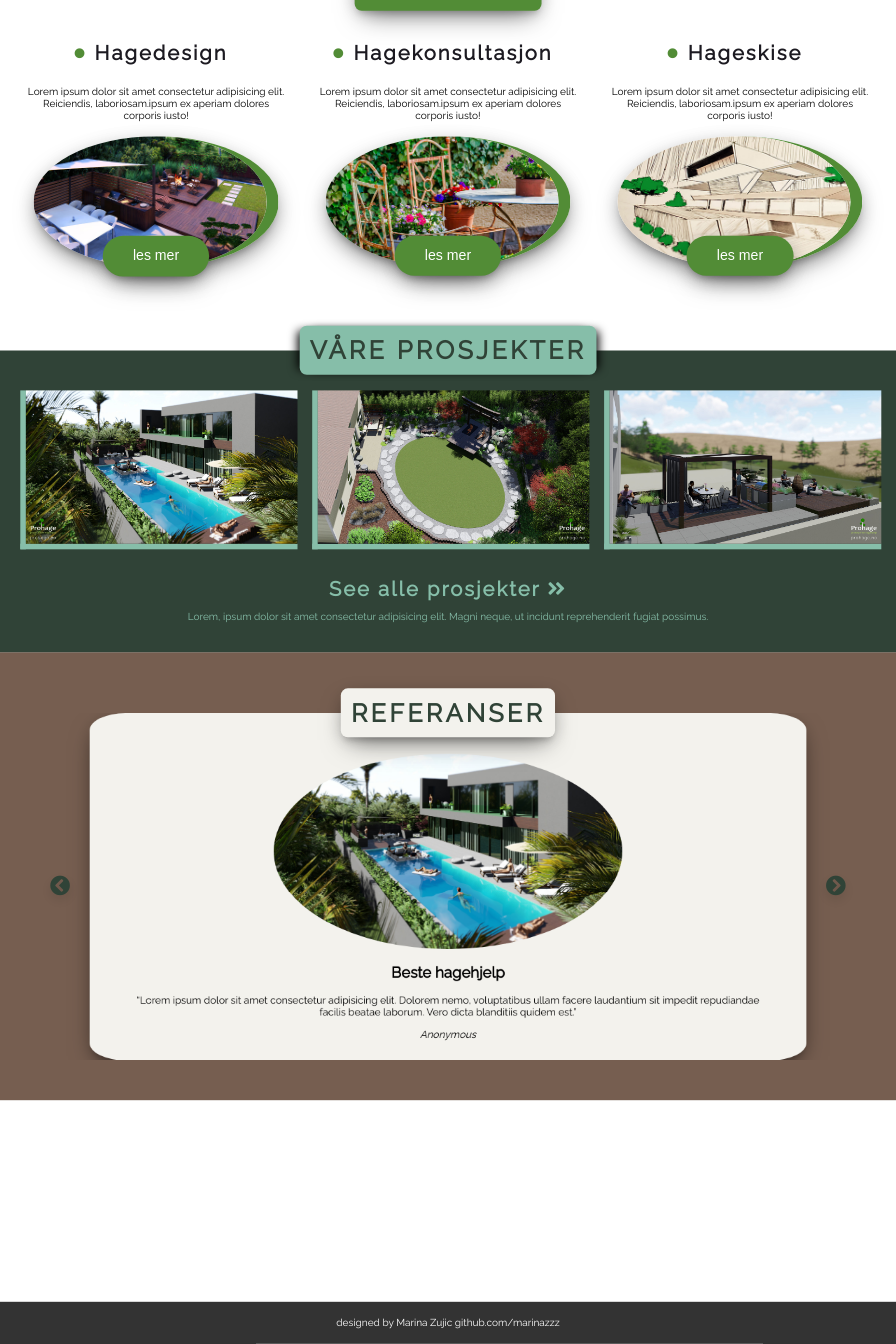
Repository: marinazzz/garden-design-website
Page: index.html
These files come from the project's save history. The page is drawn as it stood at one moment and after the next save; the edit follows.
The browser window is 1280 px wide. The pictures show the part of the page from y = 1024 to 2944 px (the page is 2944 px tall), at 70% of full size.

Above is the page before, as saved 2020-04-03 12:10:54.

After the next save:
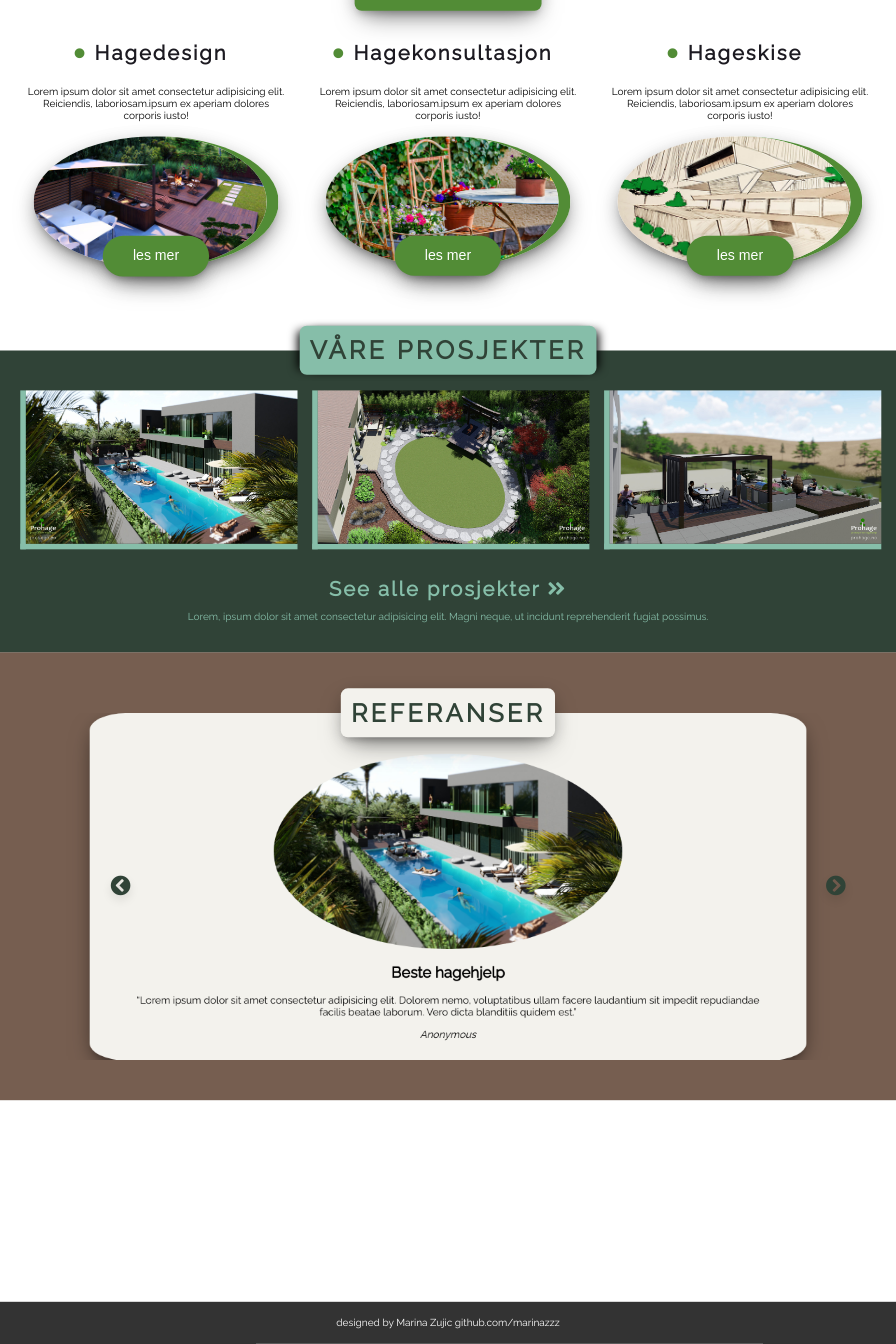
Saved 47 s later.
--- a/CSS/min-width-768px.css
+++ b/CSS/min-width-768px.css
@@ -159,7 +159,7 @@
   right: 10rem;
 }
 
-.glide__arrow--left--tablet {
+#reviews .glide__arrow--left--tablet {
   left: 10rem;
 }
 
